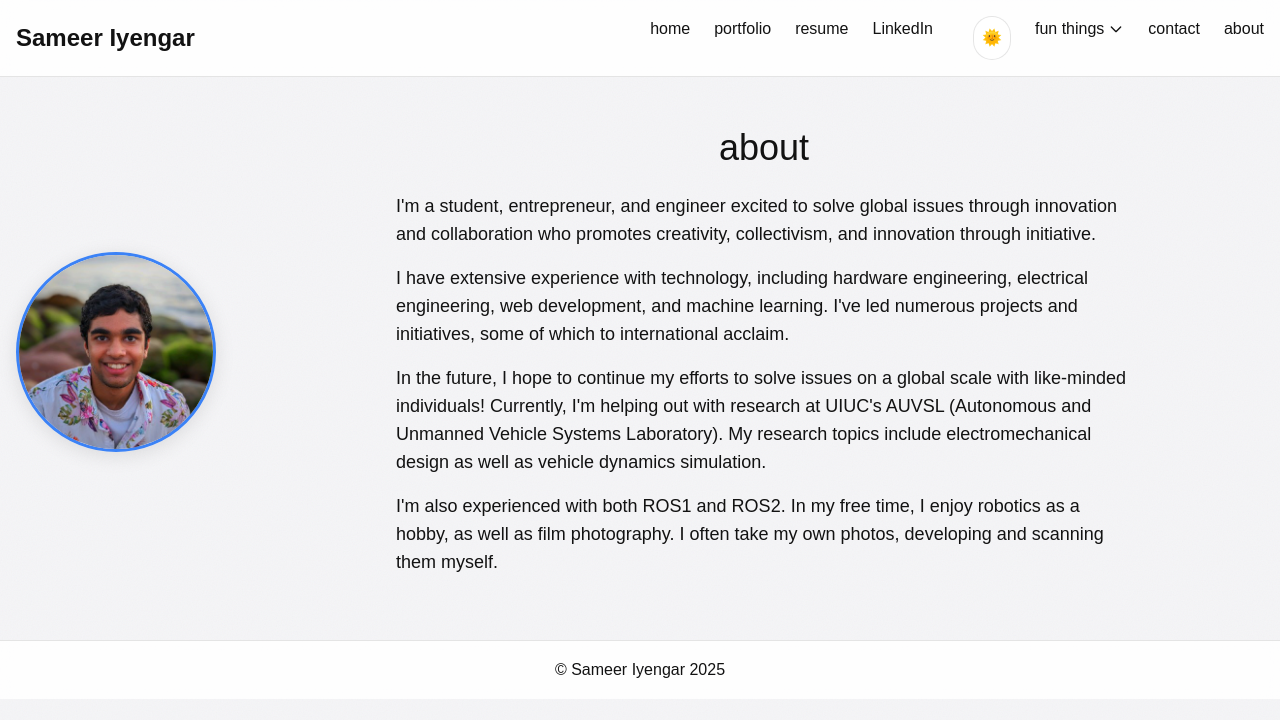
Repository: siyengar04/siyengar04.github.io
Page: about.html
An editor plug-in stored every save of this project. The page is shown before and after the next save, followed by the edit.
The browser window is 1280 px wide. The pictures show the whole page.
Some web fonts or font styles are not loaded; a fallback is used.

Above is the page before, as saved 2025-10-11 16:16:08.

### about.html
<!DOCTYPE html>
<html lang="en">

<head>
    <script>
        if (localStorage.theme === 'dark' ||
            (!('theme' in localStorage) && window.matchMedia('(prefers-color-scheme: dark)').matches)) {
            document.documentElement.classList.add('dark-theme');
        }
    </script>
    <meta charset="UTF-8">
    <meta name="viewport" content="width=device-width, initial-scale=1.0">
    <meta property="og:image" content="./images/profile.jpg">
    <meta property="og:image:type" content="image/jpg">
    <meta name="description" content="student, innovator, engineer" />
    <meta property="og:title" content="Sameer Iyengar">
    <meta property="og:description" content="student, innovator, engineer">
    <title>Sameer Iyengar - About</title>
    <script src="https://cdn.jsdelivr.net/npm/@tailwindcss/browser@4"></script>
    <link href="https://fonts.googleapis.com/css2?family=Poppins:wght@300;400;600&display=swap" rel="stylesheet">
    <style>
        :root {
            /* Light Theme (default) - High contrast */
            --bg-primary: #f5f5f7;
            --text-primary: #121212;
            --glass-light: rgba(255, 255, 255, 0.85);
            --glass-text: #121212;
            --border-light: rgba(0, 0, 0, 0.1);
            --accent-color: #3b82f6;

            /* Dark Theme */
            --bg-primary-dark: #0a0a0a;
            --text-primary-dark: #f8f9fa;
            --glass-dark: rgba(20, 20, 20, 0.85);
            --glass-text-dark: #f8f9fa;
            --border-dark: rgba(255, 255, 255, 0.15);
            --accent-color-dark: #60a5fa;
        }

        .dark-theme {
            --bg-primary: var(--bg-primary-dark);
            --text-primary: var(--text-primary-dark);
            --glass-light: var(--glass-dark);
            --glass-text: var(--glass-text-dark);
            --border-light: var(--border-dark);
            --accent-color: var(--accent-color-dark);
        }

        body {
            font-family: 'DM Mono', sans-serif;
            background: var(--bg-primary);
            color: var(--text-primary);
            transition: background 0.5s ease, color 0.3s ease;
            background-image: url('data:[embedded picture, 288 characters]');
            line-height: 1.6;
            margin: 0;
            padding: 0;
        }

        /* Glassmorphism Navigation Bar */
        header {
            position: fixed;
            top: 0;
            width: 100%;
            background: var(--glass-light) !important;
            backdrop-filter: blur(12px);
            -webkit-backdrop-filter: blur(12px);
            border-bottom: 1px solid var(--border-light);
            color: var(--glass-text) !important;
            z-index: 100;
            padding: 1rem 0;
        }

        /* Navigation */
        nav a {
            color: var(--glass-text);
            transition: all 0.3s ease;
        }

        nav a:hover {
            color: var(--accent-color);
            transform: translateY(-2px);
        }

        /* Theme toggle button */
        #theme-toggle {
            background: var(--glass-light);
            backdrop-filter: blur(10px);
            border: 1px solid var(--border-light);
            transition: all 0.3s ease;
        }

        #theme-toggle:hover {
            transform: scale(1.1);
        }

        /* About section */
        #about {
            padding: 8rem 0 4rem;
            /* Adjusted for fixed header */
            min-height: calc(100vh - 120px);
            display: flex;
            flex-direction: column;
            justify-content: center;
        }

        .profile-image {
            width: 200px;
            height: 200px;
            object-fit: cover;
            border-radius: 50%;
            border: 3px solid var(--accent-color);
            box-shadow: 0 4px 20px rgba(0, 0, 0, 0.1);
            transition: transform 0.3s ease;
            justify-self: center
        }

        .profile-image:hover {
            transform: scale(1.05);
        }

        .about-content {
            max-width: 800px;
            margin: 0 auto;
            padding: 0 2rem;
        }

        /* Dropdown menu */
        .desktop-dropdown-menu {
            margin-top: 0.5rem;
            background: var(--glass-light);
            backdrop-filter: blur(12px);
            -webkit-backdrop-filter: blur(12px);
            border: 1px solid var(--border-light);
            border-radius: 8px;
            overflow: hidden;
            box-shadow: 0 8px 32px rgba(0, 0, 0, 0.1);
        }

        .desktop-dropdown:hover .desktop-dropdown-menu {
            display: block;
        }

        /* Footer */
        footer {
            background: var(--glass-light);
            backdrop-filter: blur(12px);
            -webkit-backdrop-filter: blur(12px);
            border-top: 1px solid var(--border-light);
            padding: 1rem 0;
        }

        @media (max-width: 768px) {
            #about {
                padding: 6rem 0 2rem;
            }

            .profile-image {
                width: 150px;
                height: 150px;
                margin-bottom: 2rem;
            }

            #nav-menu {
                background: var(--glass-light);
                backdrop-filter: blur(12px);
                -webkit-backdrop-filter: blur(12px);
                border: 1px solid var(--border-light);
                border-radius: 8px;
                padding: 1rem;
                margin-top: 0.5rem;
            }
        }
    </style>
</head>

<body>
    <header class="fixed top-0 z-10 w-full">
        <div class="container flex items-center justify-between px-4 mx-auto">
            <h1 class="text-2xl font-semibold">Sameer Iyengar</h1>
            <div class="md:hidden">
                <button id="nav-toggle" class="focus:outline-none">
                    <svg xmlns="http://www.w3.org/2000/svg" class="w-6 h-6" fill="none" viewBox="0 0 24 24"
                        stroke="currentColor">
                        <path stroke-linecap="round" stroke-linejoin="round" stroke-width="2"
                            d="M4 6h16M4 12h16m-7 6h7" />
                    </svg>
                </button>
            </div>
            <nav id="nav-menu" class="hidden md:flex md:space-x-6">
                <ul class="flex flex-col space-y-4 md:flex-row md:space-y-0 md:space-x-6">
                    <li><a href="/index.html">home</a></li>
                    <li><a href="/portfolio.html">portfolio</a></li>
                    <li><a href="resume.html">resume</a></li>
                    <li><a href="https://www.linkedin.com/in/sameer-iyengar/">LinkedIn</a></li>
                    <li>
                        <button id="theme-toggle" class="p-2 ml-4 rounded-full">
                            <span class="light-icon">🌞</span>
                            <span class="hidden dark-icon">🌙</span>
                        </button>
                    </li>
                    <!-- Desktop Fun Things Dropdown -->
                    <li class="relative group">
                        <button class="flex items-center">
                            fun things
                            <svg class="w-4 h-4 ml-1" fill="none" stroke="currentColor" viewBox="0 0 24 24"
                                xmlns="http://www.w3.org/2000/svg">
                                <path stroke-linecap="round" stroke-linejoin="round" stroke-width="2"
                                    d="M19 9l-7 7-7-7"></path>
                            </svg>
                        </button>
                        <div class="absolute left-0 hidden pt-2 group-hover:block desktop-dropdown-menu">
                            <a href="/cat-gallery.html" class="block px-4 py-2 hover:text-accent-color">eva!!</a>
                        </div>
                    </li>
                    <li><a href="/contact.html">contact</a></li>
                    <li><a href="/about.html">about</a></li>
                </ul>
            </nav>
        </div>
    </header>

    <main>
        <section id="about" class="about">
            <div class="container flex flex-col items-center px-4 mx-auto md:flex-row">
                <div class="flex justify-center w-full mb-8 md:w-auto md:mb-0 md:mr-12">
                    <img src="/images/profile.jpg" alt="Profile Picture" class="profile-image">
                </div>
                <div class="about-content">
                    <h2 class="mb-6 text-4xl font-boldtext-center md:text-center">about</h2>
                    <div class="space-y-4 text-lg">
                        <p>I'm a student, entrepreneur, and engineer excited to solve global issues through innovation
                            and collaboration who promotes creativity, collectivism, and innovation through initiative.
                        </p>
                        <p>I have extensive experience with technology, including hardware engineering, electrical
                            engineering, web development, and machine learning. I've led numerous projects and
                            initiatives, some of which to international acclaim.</p>
                        <p>In the future, I hope to continue my efforts to solve issues on a global scale with
                            like-minded individuals! Currently, I'm helping out with research at UIUC's AUVSL
                            (Autonomous and Unmanned Vehicle Systems Laboratory). My research topics include
                            electromechanical design as well as vehicle dynamics simulation.</p>
                        <p>I'm also experienced with both ROS1 and ROS2. In my free time, I enjoy robotics as a hobby,
                            as well as film photography. I often take my own photos, developing and scanning them
                            myself.</p>
                    </div>
                </div>
            </div>
        </section>
    </main>

    <footer class="text-center">
        <div class="container mx-auto">
            <p>&copy; Sameer Iyengar 2025</p>
        </div>
    </footer>

    <script>
        // Mobile navigation toggle
        const navToggle = document.getElementById('nav-toggle');
        const navMenu = document.getElementById('nav-menu');

        navToggle.addEventListener('click', () => {
            navMenu.classList.toggle('hidden');
        });

        // Theme toggle functionality
        const themeToggle = document.getElementById('theme-toggle');
        const darkIcon = document.querySelector('.dark-icon');
        const lightIcon = document.querySelector('.light-icon');

        // Check for saved preference or system preference
        const savedTheme = localStorage.getItem('theme') ||
            (window.matchMedia('(prefers-color-scheme: dark)').matches ? 'dark' : 'light');

        if (savedTheme === 'dark') document.documentElement.classList.add('dark-theme');

        // Update UI icons
        function updateIcons() {
            const isDark = document.documentElement.classList.contains('dark-theme');
            darkIcon.classList.toggle('hidden', !isDark);
            lightIcon.classList.toggle('hidden', isDark);
        }

        // Toggle theme
        themeToggle.addEventListener('click', () => {
            document.documentElement.classList.toggle('dark-theme');
            const theme = document.documentElement.classList.contains('dark-theme') ? 'dark' : 'light';
            localStorage.setItem('theme', theme);
            updateIcons();
        });

        // Initialize icons
        updateIcons();
    </script>
</body>

</html>

After the next save:
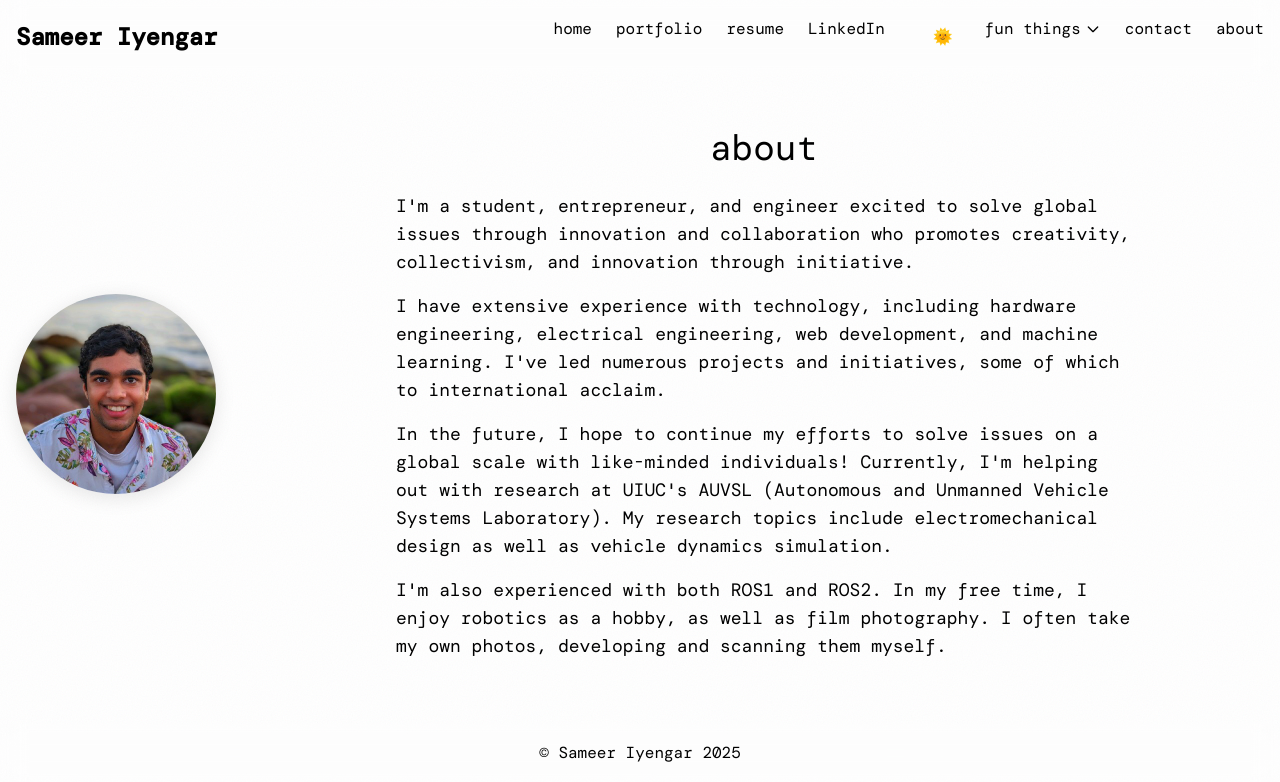
Saved 4 s later.
--- a/about.html
+++ b/about.html
@@ -17,9 +17,13 @@
     <meta property="og:description" content="student, innovator, engineer">
     <title>Sameer Iyengar - About</title>
     <script src="https://cdn.jsdelivr.net/npm/@tailwindcss/browser@4"></script>
-    <link href="https://fonts.googleapis.com/css2?family=Poppins:wght@300;400;600&display=swap" rel="stylesheet">
+    <link rel="preconnect" href="https://fonts.googleapis.com">
+    <link rel="preconnect" href="https://fonts.gstatic.com" crossorigin>
+    <link
+        href="https://fonts.googleapis.com/css2?family=DM+Mono:ital,wght@0,300;0,400;0,500;1,300;1,400;1,500&display=swap"
+        rel="stylesheet">
     <style>
-        :root {
+        <style> :root {
             /* Light Theme (default) - High contrast */
             --bg-primary: #f5f5f7;
             --text-primary: #121212;
